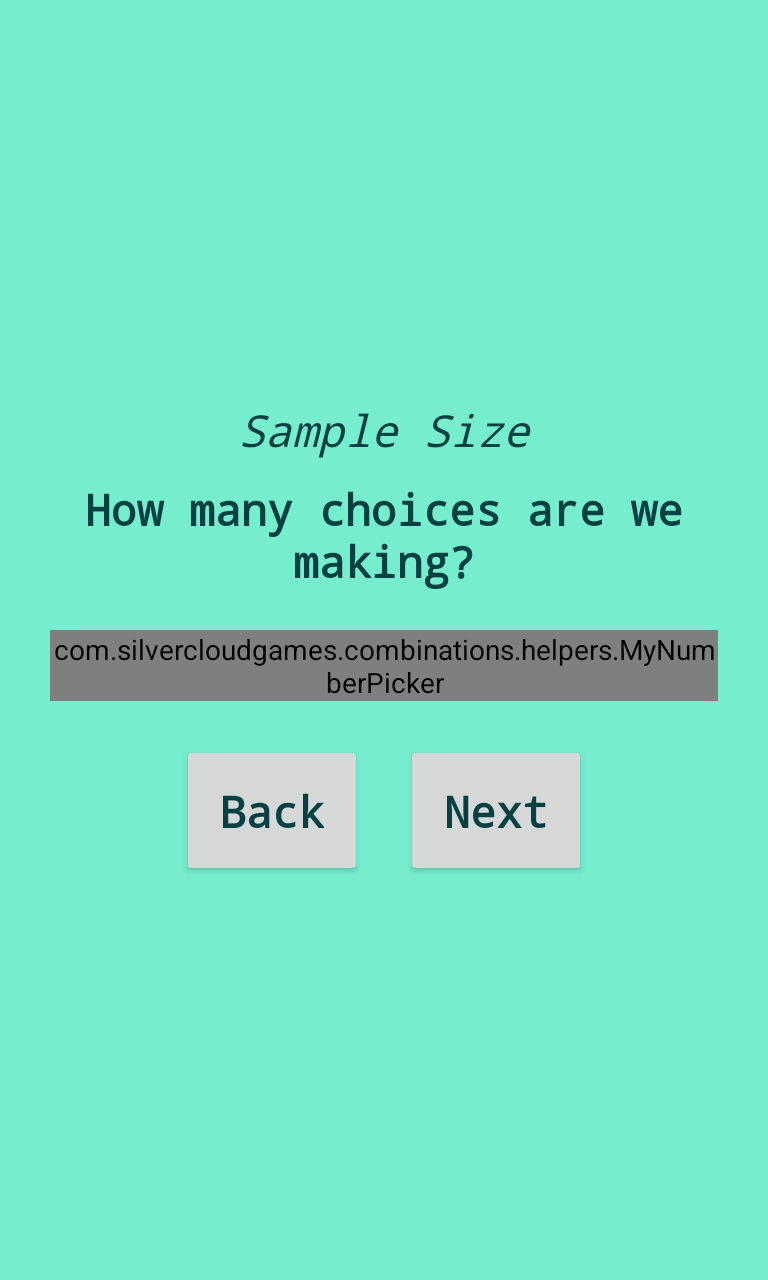
Repository: rontejada1991/Combinations-and-Permutations-Android-App
Layout: combinations/res/layout/activity_choice_size.xml
An editor plug-in stored every save of this project. The layout is shown before and after the next save, followed by the edit.
Pictures or frames that could not be fetched are drawn as grey boxes. It is drawn on a 768 x 1280 px phone screen (xhdpi) without system bars, with theme AppTheme; the app's code is not run.

Above is the layout before, as saved 2014-11-07 20:46:47.

After the next save:
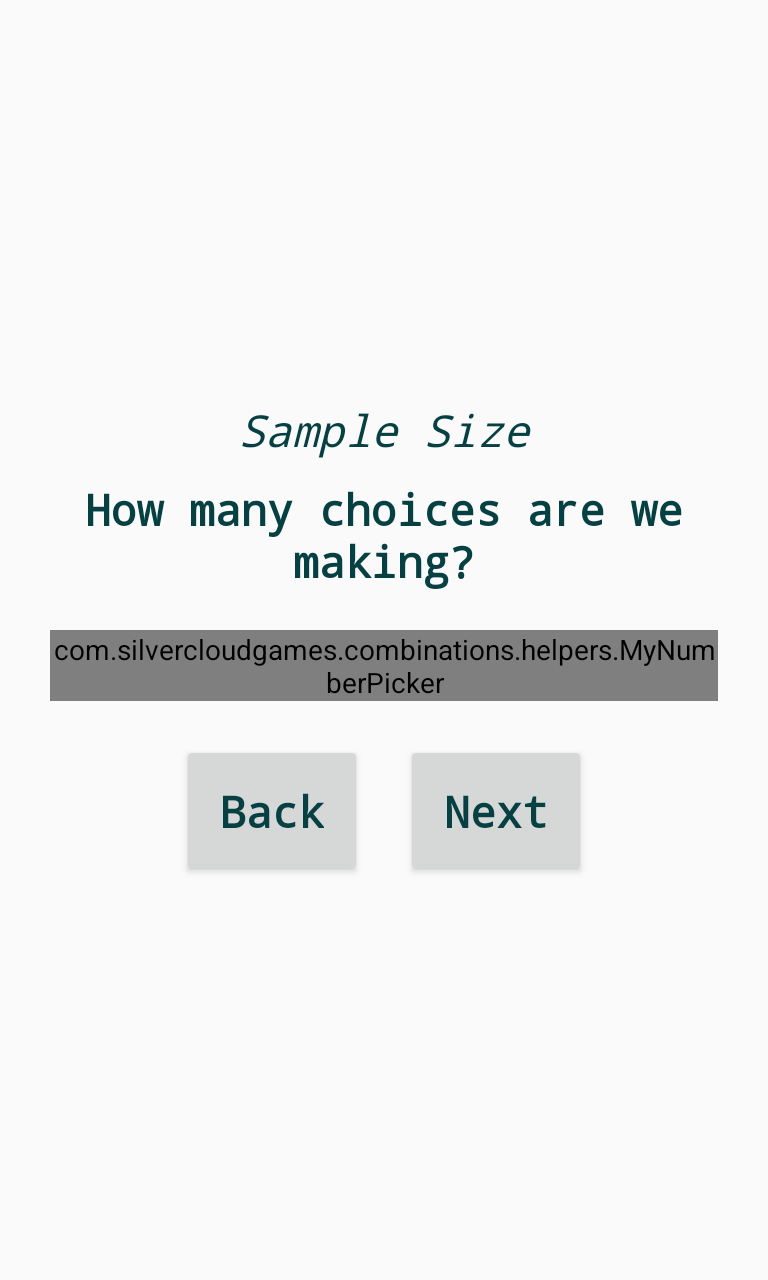
Saved 16 min 18 s later.
--- a/combinations/res/layout/activity_choice_size.xml
+++ b/combinations/res/layout/activity_choice_size.xml
@@ -5,8 +5,7 @@
 	android:orientation="vertical"
 	android:gravity="center"
 	android:padding="25dp"
-    tools:context="com.silvercloudgames.combinations.ChoiceSizeActivity"
-    android:background="#76eece" >
+    tools:context="com.silvercloudgames.combinations.ChoiceSizeActivity" >
 
 	<TextView
 	    android:id="@+id/tv_title"
